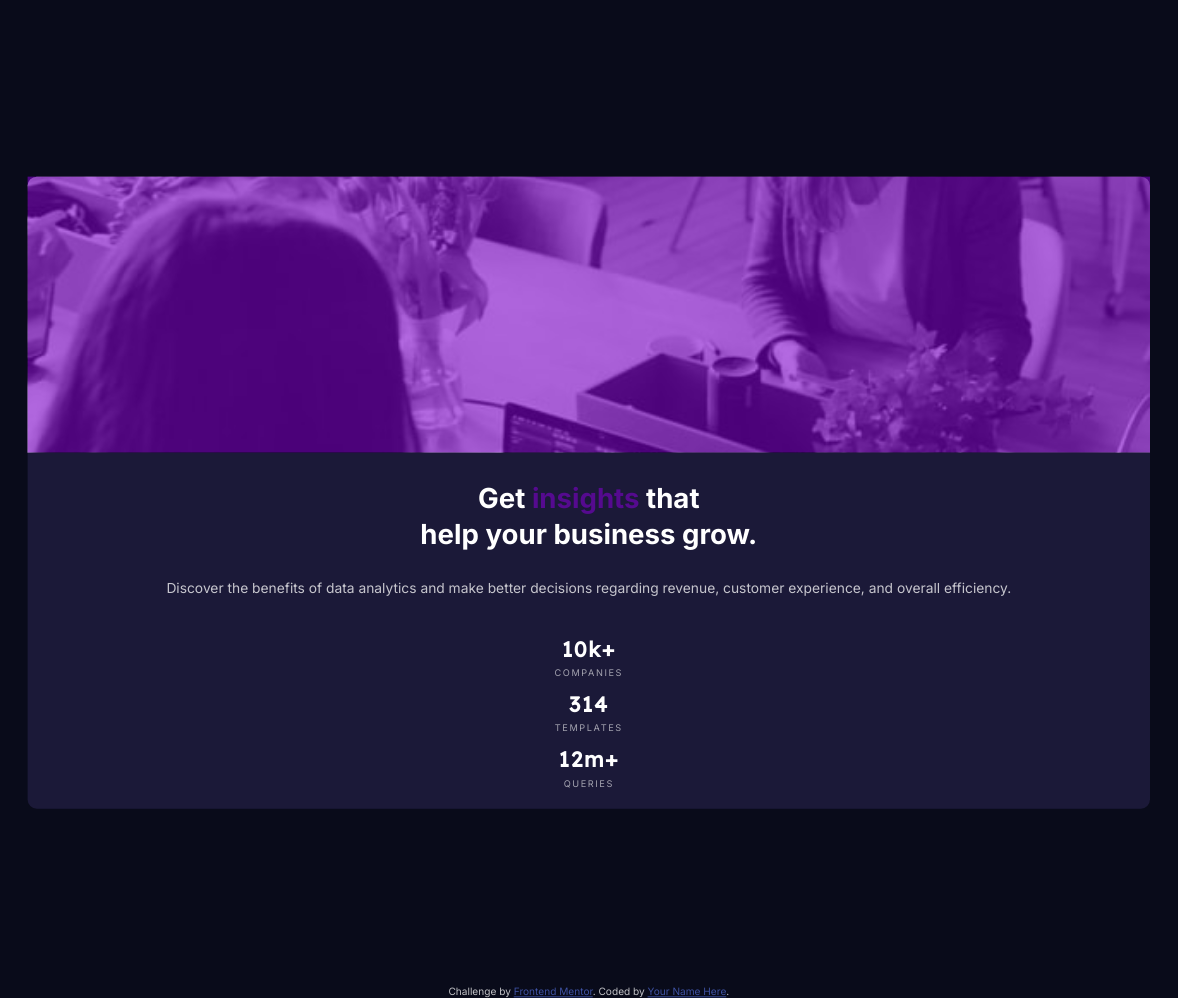
Repository: DejV44/stats-preview-card-component-main
Page: index.html
The author's editor kept a copy of each file at every save. The page is drawn from the files as they stood at one save, then again after the next save.
The browser window is 1280 px wide. The pictures show the whole page, at 92% of full size.
The style sheet was rebuilt from its Sass, Less or Tailwind sources for each picture, by a compiler version that may differ from the author's.

Above is the page before, as saved 2021-07-05 23:02:34.

### index.html
<!DOCTYPE html>
<html lang="en">
<head>
  <meta charset="UTF-8">
  <meta name="viewport" content="width=device-width, initial-scale=1.0"> <!-- displays site properly based on user's device -->

  <link rel="icon" type="image/png" sizes="32x32" href="./images/favicon-32x32.png">
  <link rel="stylesheet" href="/css/style.css">


  <title>Frontend Mentor | Stats preview card component</title>
</head>
<body>
  <div class="container">
    <div class="picture">
      <div class="overlay"></div>
    </div>
    <div class="card">
      <h1>Get <span>insights</span> that <br>help your business grow.</h1>

      <p>Discover the benefits of data analytics and make better decisions regarding revenue, customer
      experience, and overall efficiency.</p>

      <ul>
        <li><span>10k+</span> companies</li>
        <li><span>314</span> templates</li>
        <li><span>12m+</span> queries</li>
      </ul>
    </div>
  </div>


  <div class="attribution">
    Challenge by <a href="https://www.frontendmentor.io?ref=challenge" target="_blank">Frontend Mentor</a>.
    Coded by <a href="#">Your Name Here</a>.
  </div>
</body>
</html>

### css/style.scss
$mainBackground: hsl(233, 47%, 7%);
$cardBackground: hsl(244, 38%, 16%);
$accent: hsla(277, 100%, 40%, 0.589);

$mainHeading: hsl(0, 0%, 100%);
$mainParagraph: hsla(0, 0%, 100%, 0.75);
$statHeadings: hsla(0, 0%, 100%, 0.6);

@import url("https://fonts.googleapis.com/css2?family=Inter:wght@400;700&display=swap");

@import url("https://fonts.googleapis.com/css2?family=Lexend+Deca&display=swap");

* {
  margin: 0;
  padding: 0;
  box-sizing: border-box;
}

body {
  font-family: "Inter", sans-serif;
  font-size: 15px;
  background-color: $mainBackground;

  .container {
    margin: 15% 30px;
    border-radius: 10px;
    .picture {

      border-radius: 10px 10px 0 0;
      background: url("/images/image-header-mobile.jpg");
      background-position: center;
      background-size: cover;
      background-repeat: no-repeat;
      height: 300px;

      .overlay {
        background-color: $accent;
        background-size: cover;
        height: 300px;
      }
    }

    .card {
        border-radius: 0 0 10px 10px;
        background: $cardBackground;
        text-align: center;

        h1 {
            margin: 0 auto;
            padding: 30px 25px;
            color: $mainHeading;
            text-align: center;
            line-height: 1.3;
            span {
                color: $accent;
                line-height: 1.3;
            }
        }
        p {
          color: $mainParagraph;
          padding: 0 20px 20px 20px;
          margin-bottom: 15px;
        }

        ul {
          padding-bottom: 15px;
          font-size: 10px;
          letter-spacing: 1.7px;
          color: $statHeadings;
          li {
            list-style: none;
            text-transform: uppercase;
            padding: 7px 0;


            span {
              padding-bottom: 5px;
              display: block;
              text-transform: lowercase;
              font-family: "lexend Deca" ,sans-serif;
              font-weight: 700;
              font-size: 23px;
              color: $mainHeading;
            }
          }
        }
    }
  }

  .attribution {
    font-size: 11px;
    text-align: center;
    color: $mainParagraph;

    a {
      color: hsl(228, 45%, 44%);
    }
  }
}

@media (min-width:768px) {

}

After the next save:
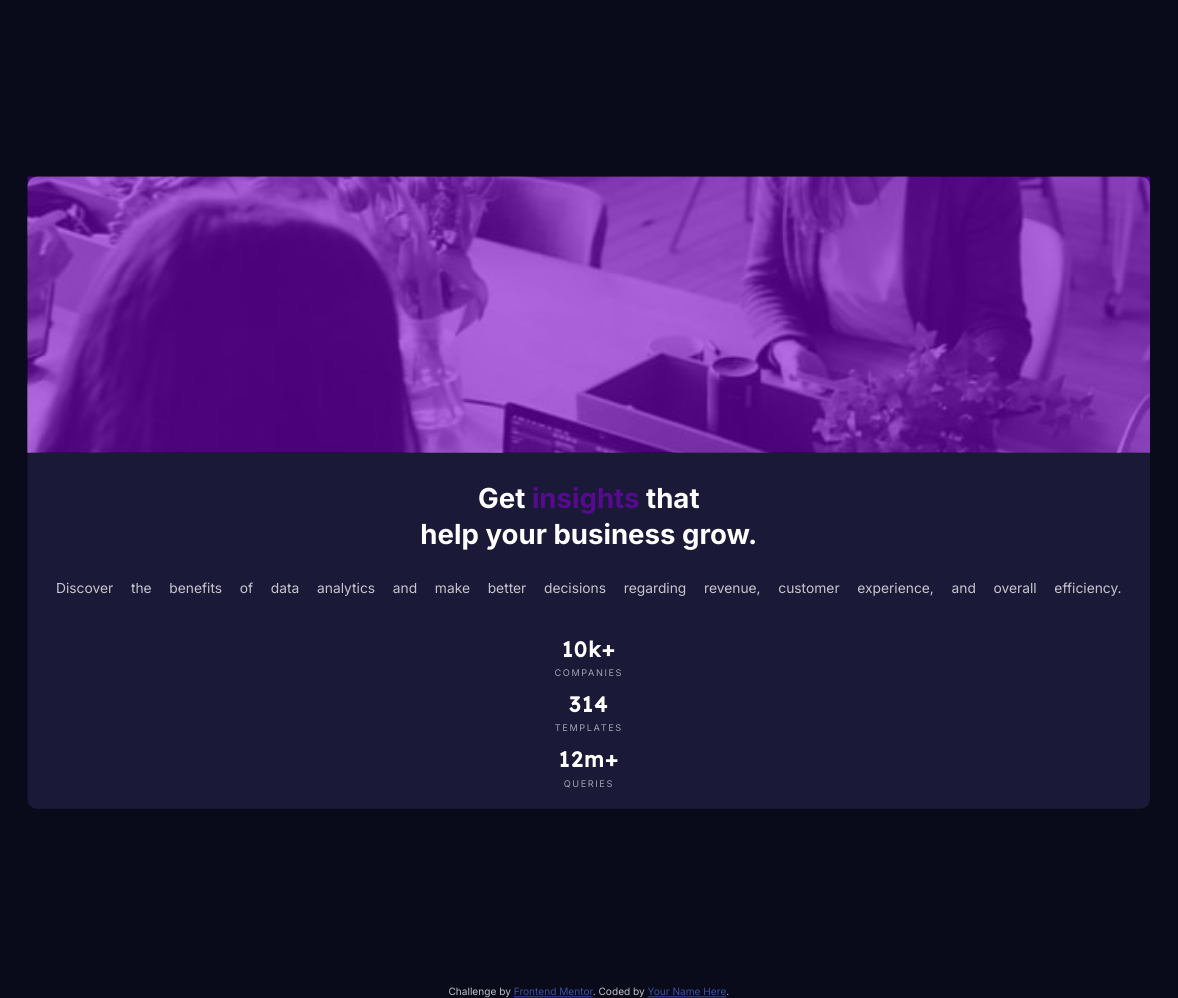
Saved 118 s later.
--- a/css/style.scss
+++ b/css/style.scss
@@ -60,6 +60,7 @@ body {
           color: $mainParagraph;
           padding: 0 20px 20px 20px;
           margin-bottom: 15px;
+          word-spacing: 15px;
         }
 
         ul {
